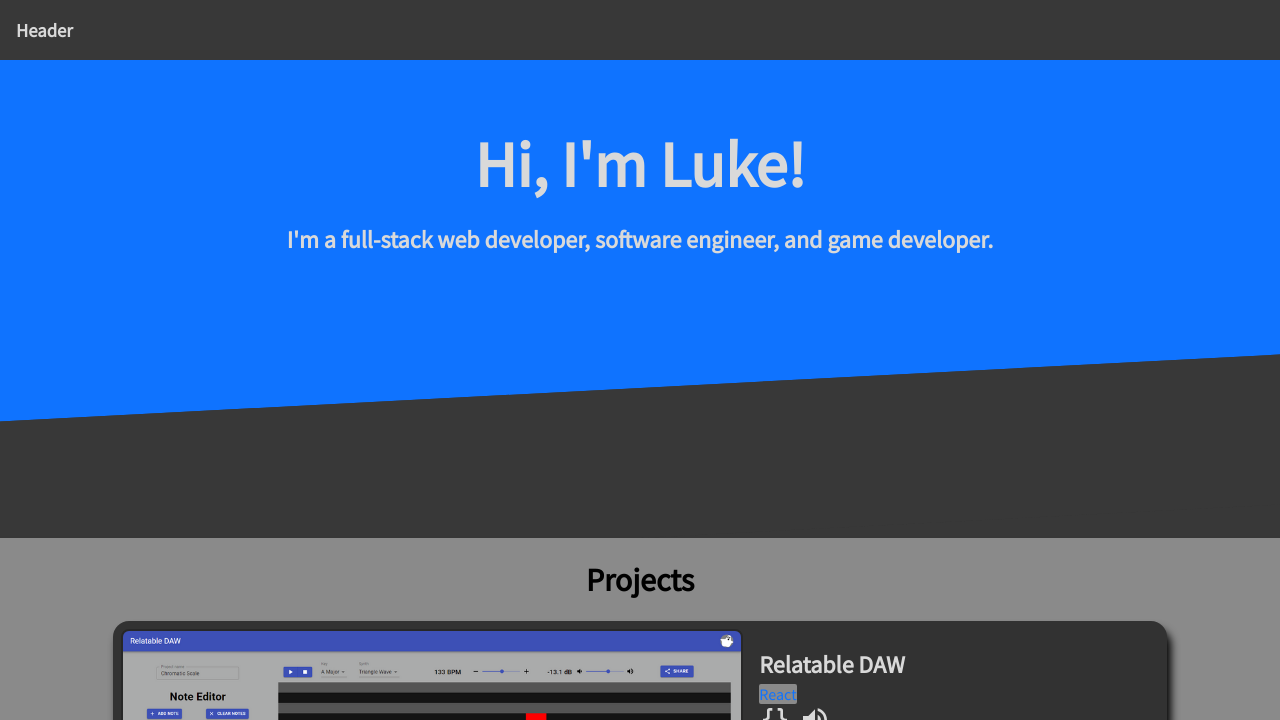
Repository: lbodwell/Personal-Website
Page: index.html
An editor plug-in stored every save of this project. The page is shown before and after the next save, followed by the edit.
The browser window is 1280 px wide. The pictures show the whole page.
An inner scrolling area shows only its first screen.

Above is the page before, as saved 2022-04-04 19:37:43.

After the next save:
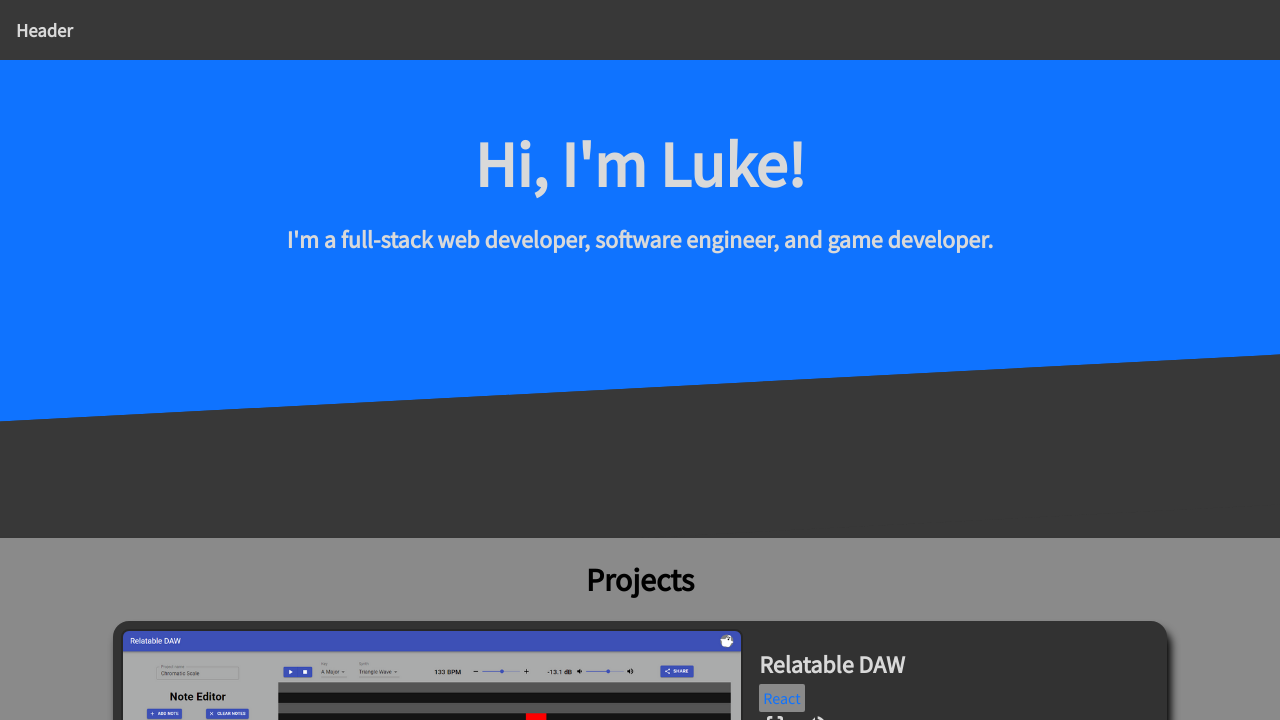
Saved 10 s later.
--- a/styles.css
+++ b/styles.css
@@ -118,6 +118,7 @@ content {
 
 .project-tag > p {
     margin: 0;
+    padding: 4px;
     color: #0f73ff;
     background-color: #8a8a8a;
     border-radius: 2px;
